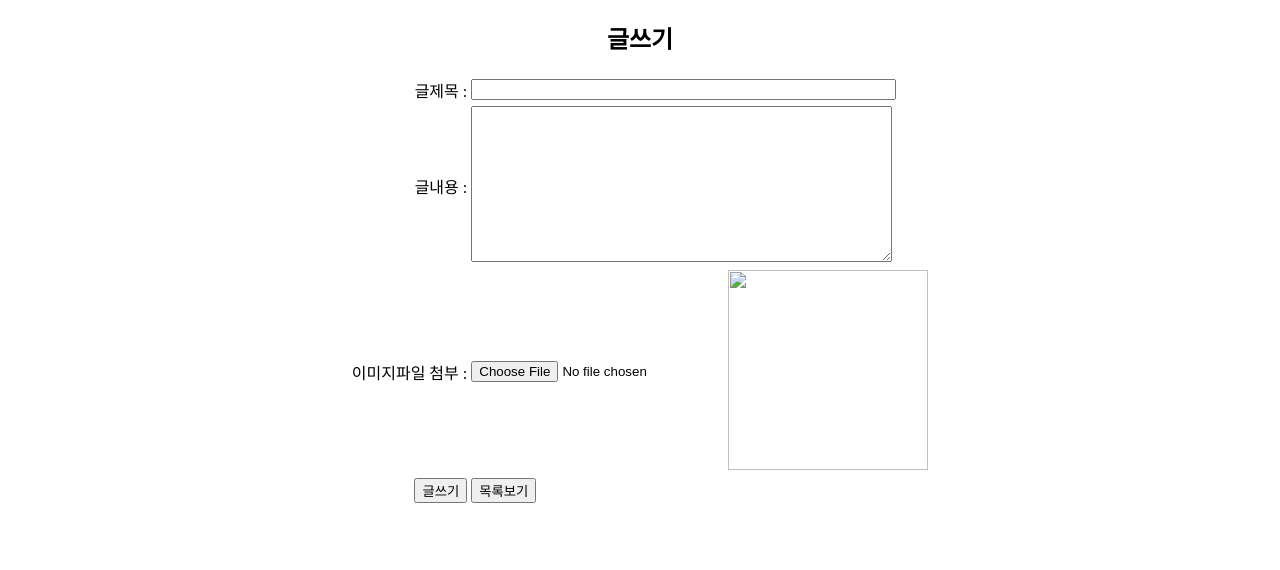
Repository: chromosome2/member
Page: http://localhost/memberMVC/boardinfo/replyForm.jsp
These files come from the project's save history. The page is drawn as it stood at one moment and after the next save; the edit follows.
The browser window is 1280 px wide. The pictures show the whole page.
The page is served by Tomcat 9. Other server files are loaded and not shown.

Above is the page before, as saved 2022-10-27 02:12:32.

### projectWorkspace9/memberMVC/src/main/webapp/boardinfo/replyForm.jsp
<%@ page language="java" contentType="text/html; charset=UTF-8"
    pageEncoding="UTF-8"%>
<%@ taglib prefix="c" uri="http://java.sun.com/jsp/jstl/core" %>
<%@ taglib prefix="fmt" uri="http://java.sun.com/jsp/jstl/fmt" %>
<c:set var="contextPath" value="${pageContext.request.contextPath }"/>
<%
	request.setCharacterEncoding("utf-8");
%>
<!DOCTYPE html>
<html>
<head>
<meta charset="UTF-8">
<title>답글쓰기</title>
<script src="http://code.jquery.com/jquery-latest.min.js"></script>
<script type="text/javascript">
	function readImage(input){
		if(input.files && input.files[0]){
			let reader=new FileReader();
			reader.onload=function(event){
				$('#preview').attr('src',event.target.result);
			}
			reader.readAsDataURL(input.files[0]);
		}
	}
	//다른 액션을 submit
	function toList(obj){
		obj.action="${contextPath}/board/listArticles.do";
		obj.submit();
	}
</script>
</head>
<body>
	<h2 align="center">글쓰기</h2>
	<form name="frmReply" action="${contextPath }/board/addArticle.do" method="post" enctype="multipart/form-data">
		<table align="center">
			<tr>
				<td align="right">글제목 : </td>
				<td colspan="2"><input type="text" size="50" name="title"></td>
			</tr>
			<tr>
				<td align="right">글내용 : </td>
				<td colspan="2"><textarea name="content" rows="10" cols="50" maxlength="4000"></textarea></td><!-- name은 변수 역할 -->
			</tr>
			<tr>
				<td align="center">이미지파일 첨부 : </td>
				<td><input type="file" name="imageFileName" onchange="readImage(this)"></td>
				<td><img id="preview" src="#" width="200" height="200"></td>
			</tr>
			<tr>
				<td align="right">
					<input type="submit" value="글쓰기">
				</td>
				<td align="left">
					<input type="button" value="목록보기" onclick="toList(this.form)"><!-- 나 자신의(this) form. -->
				</td>
			</tr>
		</table>
	</form>
</body>
</html>

After the next save:
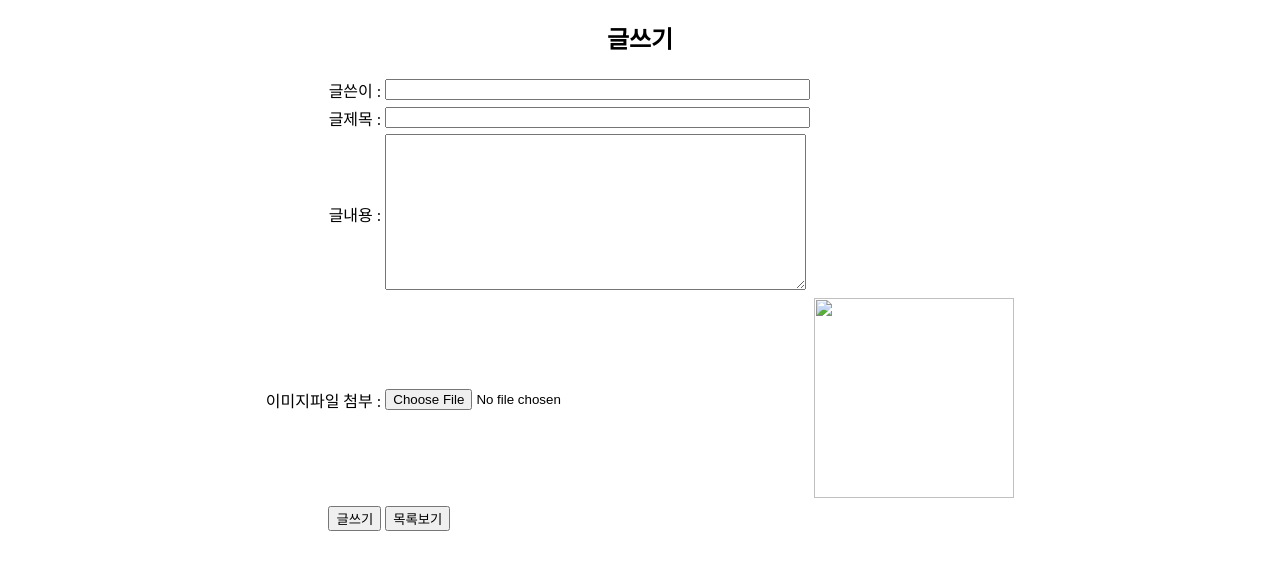
Saved 2 min 37 s later.
--- a/projectWorkspace9/memberMVC/src/main/webapp/boardinfo/replyForm.jsp
+++ b/projectWorkspace9/memberMVC/src/main/webapp/boardinfo/replyForm.jsp
@@ -34,6 +34,10 @@
 	<form name="frmReply" action="${contextPath }/board/addArticle.do" method="post" enctype="multipart/form-data">
 		<table align="center">
 			<tr>
+				<td align="right">글쓴이 : </td>
+				<td><input type="text" size="50" name="title"></td>
+			</tr>
+			<tr>
 				<td align="right">글제목 : </td>
 				<td colspan="2"><input type="text" size="50" name="title"></td>
 			</tr>
